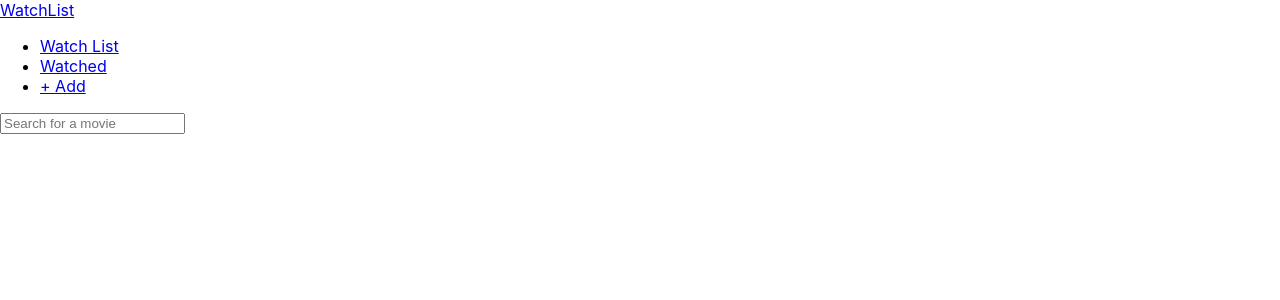
Repository: saim368/movie-app
Page: /add
An editor plug-in stored every save of this project. The page is shown before and after the next save, followed by the edit.
The browser window is 1280 px wide. The pictures show the whole page.
The page's requests for data from a server got no answer. The project was rebuilt for these pictures with package versions that can differ from the ones it lists, and the page was loaded fresh each time. A package was used in the major version that the imports need, not the one package.json lists. No one was signed in, and anything a server would have sent is missing. Also part of the build but not shown: src/App.css, src/components/Watchlist.js, src/components/Watched.js, src/components/ResultCard.js.

Above is the page before, as saved 2020-12-07 11:46:41.

After the next save:
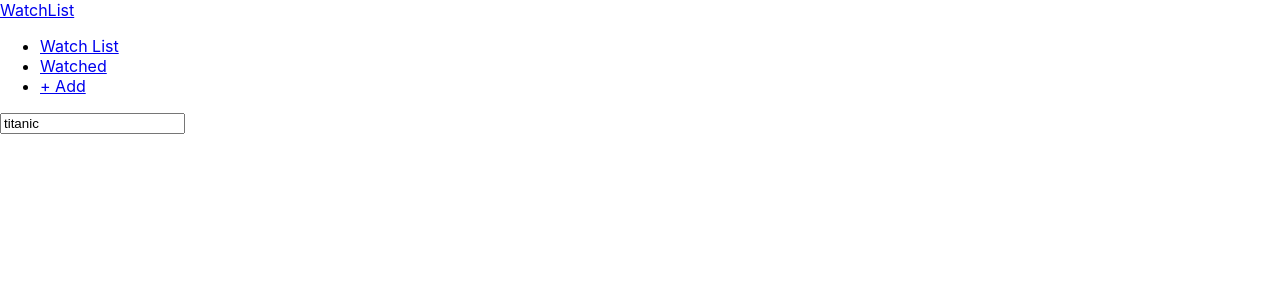
Saved 5 s later.
--- a/src/components/Add.js
+++ b/src/components/Add.js
@@ -3,7 +3,7 @@
 
 export const Add = () => {
 
-    const [query, setQuery] = useState("");
+    const [query, setQuery] = useState("titanic");
     const [results, setResults] = useState([]);
 
 

After the save that followed:
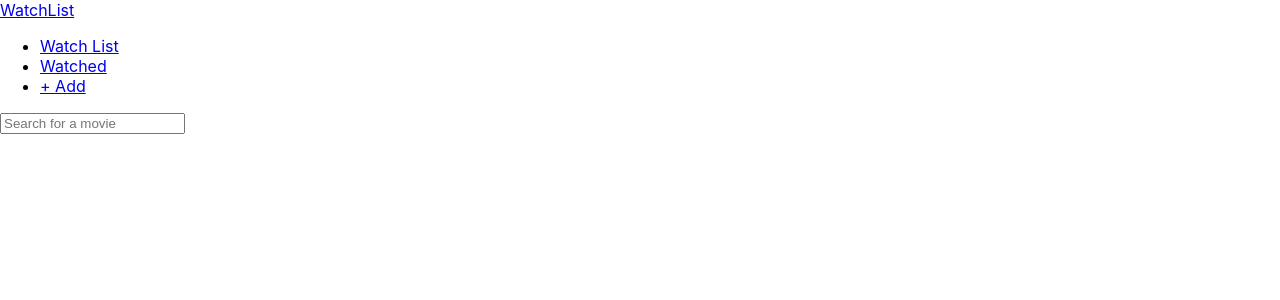
Saved 5 s later.
--- a/src/components/Add.js
+++ b/src/components/Add.js
@@ -3,7 +3,7 @@
 
 export const Add = () => {
 
-    const [query, setQuery] = useState("titanic");
+    const [query, setQuery] = useState("");
     const [results, setResults] = useState([]);
 
 
